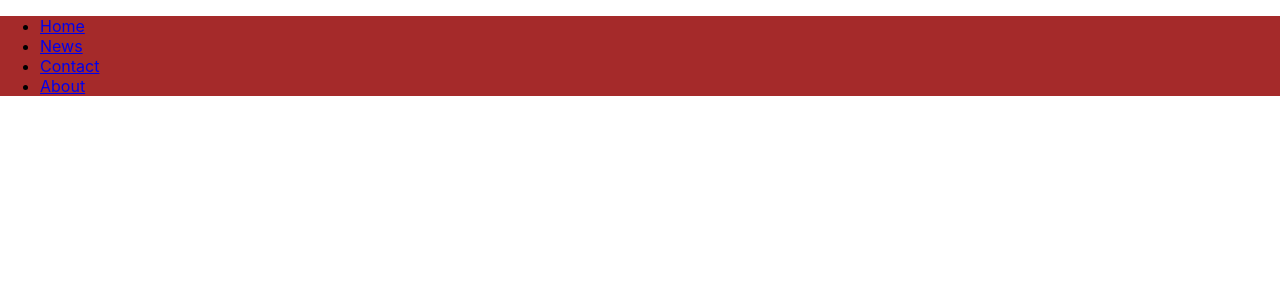
Repository: tusharpasricha/owlsomecoffee
Page: /
An editor plug-in stored every save of this project. The page is shown before and after the next save, followed by the edit.
The browser window is 1280 px wide. The pictures show the whole page.
The project was rebuilt for these pictures with package versions that can differ from the ones it lists, and the page was loaded fresh each time.

Above is the page before, as saved 2021-09-27 08:28:57.

### src/App.js

//import './App.css';
import Navbar from './components/navbar';

function App() {
  return (
    <div className="App">
     <Navbar>
     </Navbar>

    </div>
  );
}

export default App;

### src/components/navbar.js
import React from 'react'
import './navbar.css'

const Navbar = () => {
    return (
    <div className="nav">
<ul>
  <li><a href="default.asp">Home</a></li>
  <li><a href="news.asp">News</a></li>
  <li><a href="contact.asp">Contact</a></li>
  <li><a href="about.asp">About</a></li>
</ul>
    </div>
    )
}

export default Navbar

### src/components/navbar.css

div.nav{
    margin-top: 0;
    padding: 0;
    background-color: brown;

}

Loaded but not shown: public/index.html (common file); src/index.js (common file); src/index.css (common file)

After the next save:
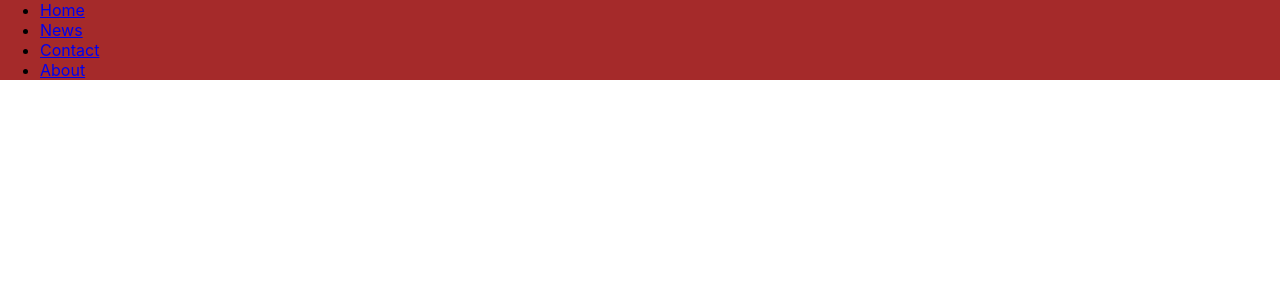
Saved 36 s later.
--- a/src/components/navbar.css
+++ b/src/components/navbar.css
@@ -1,4 +1,6 @@
-
+*{
+    margin: 0%;
+}
 div.nav{
     margin-top: 0;
     padding: 0;
